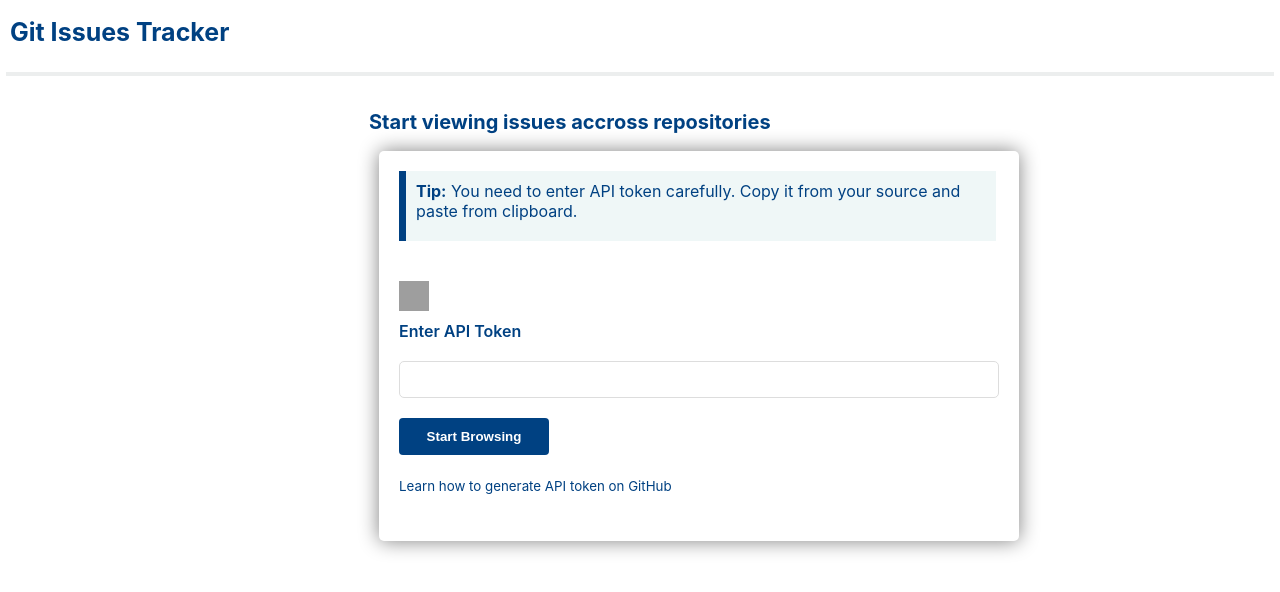
Repository: duzzisantos/github-repos-react-graphql
Page: /
The author's editor kept a copy of each file at every save. The page is drawn from the files as they stood at one save, then again after the next save.
The browser window is 1280 px wide. The pictures show the whole page.
Pictures or frames that could not be fetched are drawn as grey boxes. The project was rebuilt for these pictures with package versions that can differ from the ones it lists, and the page was loaded fresh each time. Also part of the build but not shown: src/components/table/tables.scss, src/components/table/Filters.tsx, src/components/table/Pagination.tsx, src/components/table/TableComponent.tsx, src/components/table/columnHelpers.ts, src/utilities/funtions.ts, src/pages/Repositories.tsx, src/pages/ViewRepository.tsx.

Above is the page before, as saved 2024-06-17 21:07:27.

After the next save:
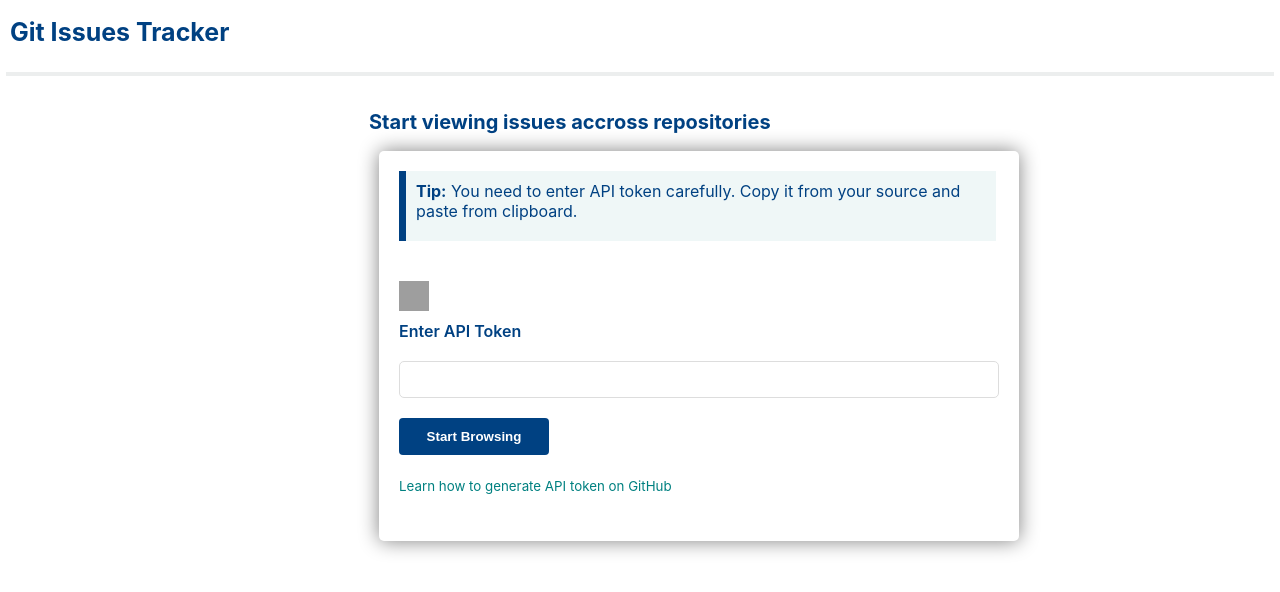
Saved 40 s later.
--- a/src/components/Form.tsx
+++ b/src/components/Form.tsx
@@ -76,7 +76,6 @@ const Form = () => {
       </div>
       <small className="form-text" id="info">
         <a
-          className="read-docs"
           title="Read short documentation"
           href="https://docs.github.com/en/authentication/keeping-your-account-and-data-secure/managing-your-personal-access-tokens"
         >
